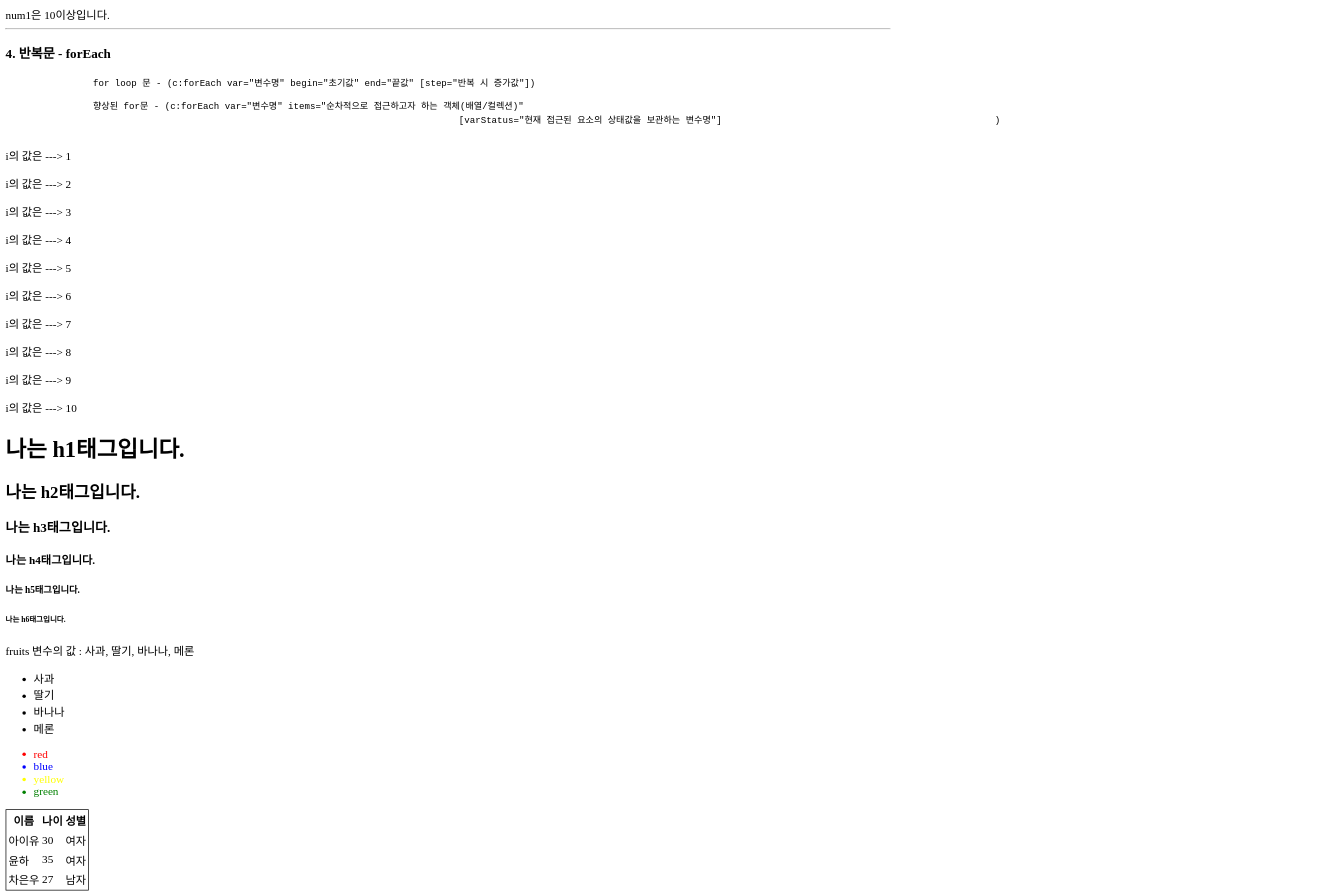
Repository: smjae96/Backup
Page: http://localhost/elActionProject/views/3_CustomAction/01_core.jsp
The author's editor kept a copy of each file at every save. The page is drawn from the files as they stood at one save, then again after the next save.
The browser window is 1280 px wide. The page is 1886 px wide, so the pictures cover 1886 px, including what lies to the right of the window. The pictures show the part of the page from y = 1213 to 2493 px (the page is 2493 px tall before and 2483 px after), at 70% of full size.
The page is served by Tomcat 9.

Above is the page before, as saved 2024-04-01 05:48:18.

After the next save:
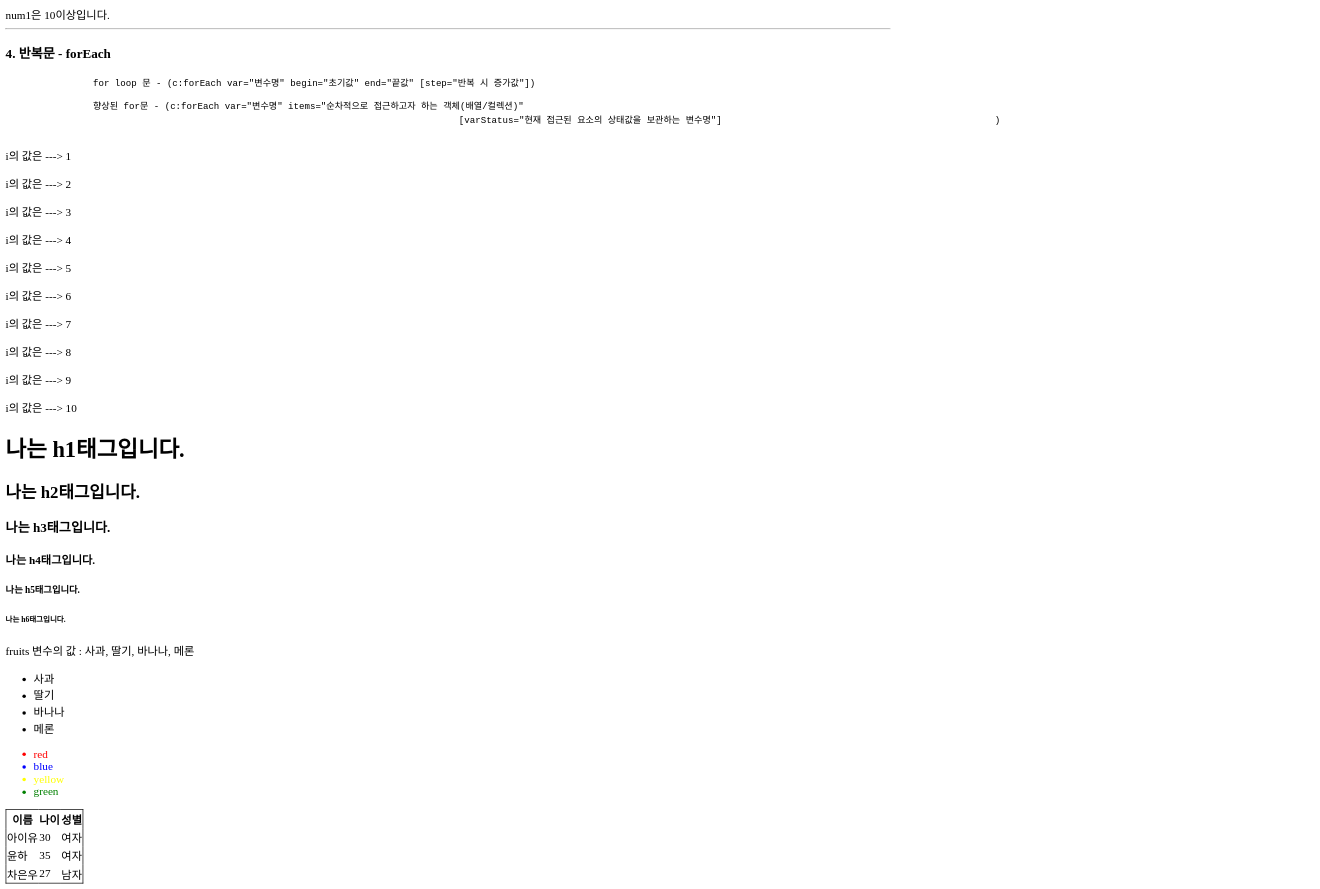
Saved 45 s later.
--- a/5_JSP/elActionProject/src/main/webapp/views/3_CustomAction/01_core.jsp
+++ b/5_JSP/elActionProject/src/main/webapp/views/3_CustomAction/01_core.jsp
@@ -165,7 +165,7 @@
 	 %>
 	 <c:set var="pList" value="<%= list %>" scope="request"/>
 	 <%-- request.setAttribute("pList", list) --%>
-	 <table style="border: 1px solid">
+	 <table style="border: 1px solid; border-collapse: collapse">
 	 	<thead>
 	 		<tr>
 	 			<th>이름</th>
